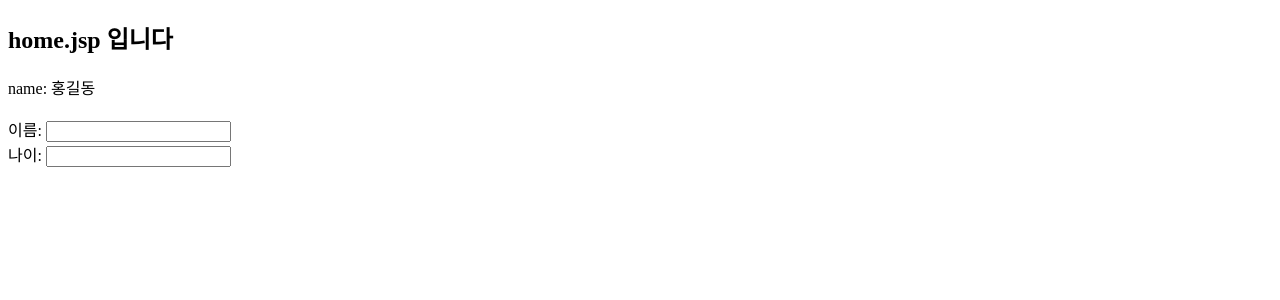
Repository: 0-ssg/chickenstock
Page: http://localhost/springSample2/home.do
These files come from the project's save history. The page is drawn as it stood at one moment and after the next save; the edit follows.
The browser window is 1280 px wide. The pictures show the whole page.
The page is served by Tomcat 9.

Above is the page before, as saved 2023-07-11 05:25:56.

After the next save:
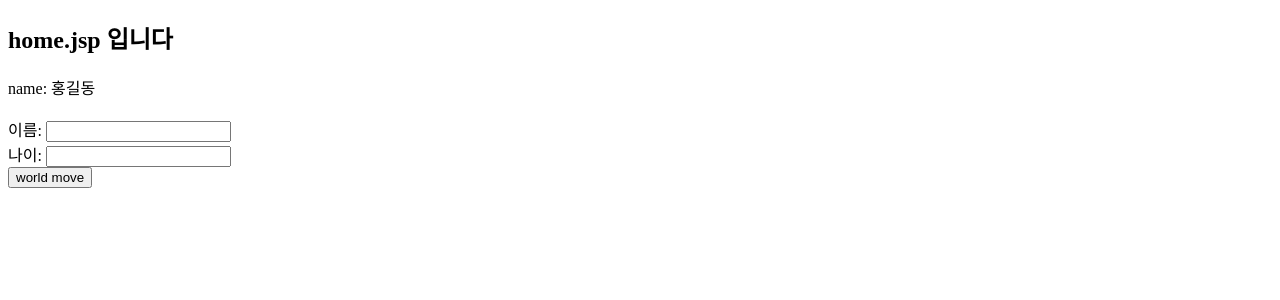
Saved 21 s later.
--- a/springSample2/src/main/webapp/WEB-INF/views/home.jsp
+++ b/springSample2/src/main/webapp/WEB-INF/views/home.jsp
@@ -22,6 +22,7 @@
 <form action="world.do" method="post">
 이름: <input type="text" name="name"><br>
 나이: <input type="text" name="age"><br>
+<input type="submit" value="world move">
 
 </form>
 
